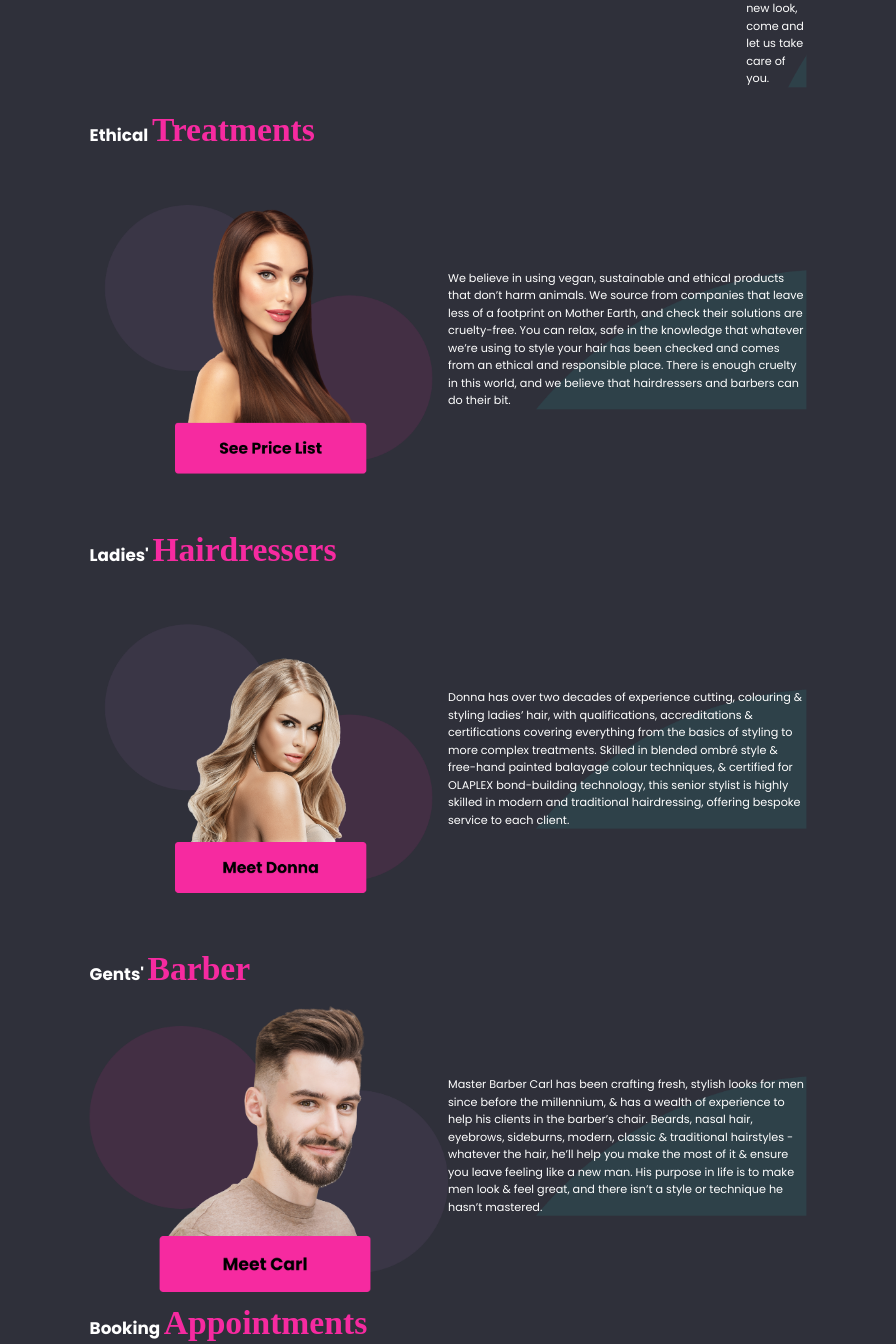
Repository: Troy-Bolt/verustroy-
Page: index.html
These files come from the project's save history. The page is drawn as it stood at one moment and after the next save; the edit follows.
The browser window is 1280 px wide. The pictures show the part of the page from y = 1424 to 3344 px (the page is 7457 px tall before and 12490 px after), at 70% of full size.
Backgrounds fixed to the window are drawn as part of the page. Some web fonts or font styles are not loaded; a fallback is used.

Above is the page before, as saved 2022-04-27 09:02:49.

After the next save:
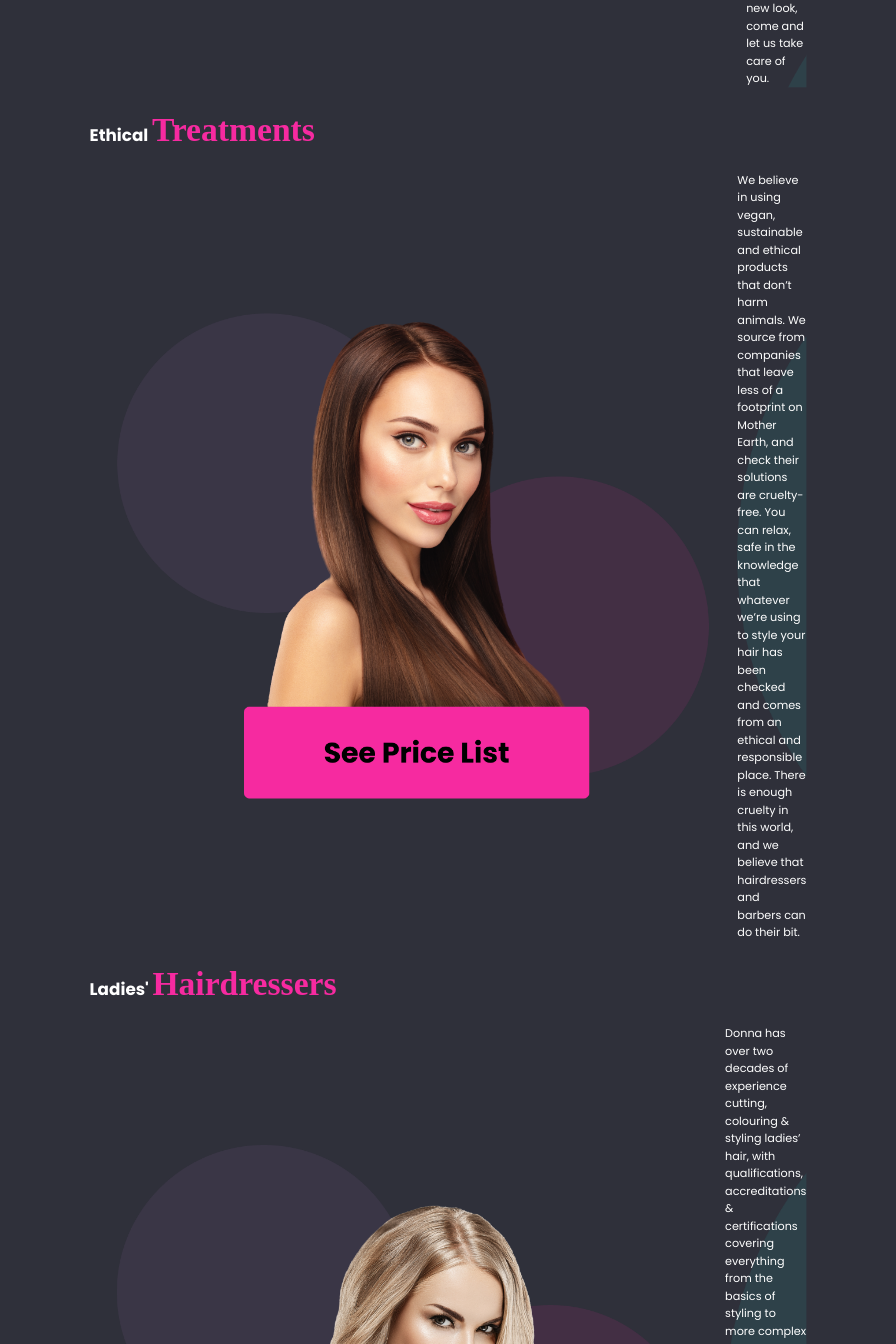
Saved 7 s later.
--- a/CSS/style.css
+++ b/CSS/style.css
@@ -74,7 +74,7 @@
 }
 
 .row p {
-    flex: 10;
+    flex: 0;
 }
 span {
     font-family: 'WindSong', cursive;
